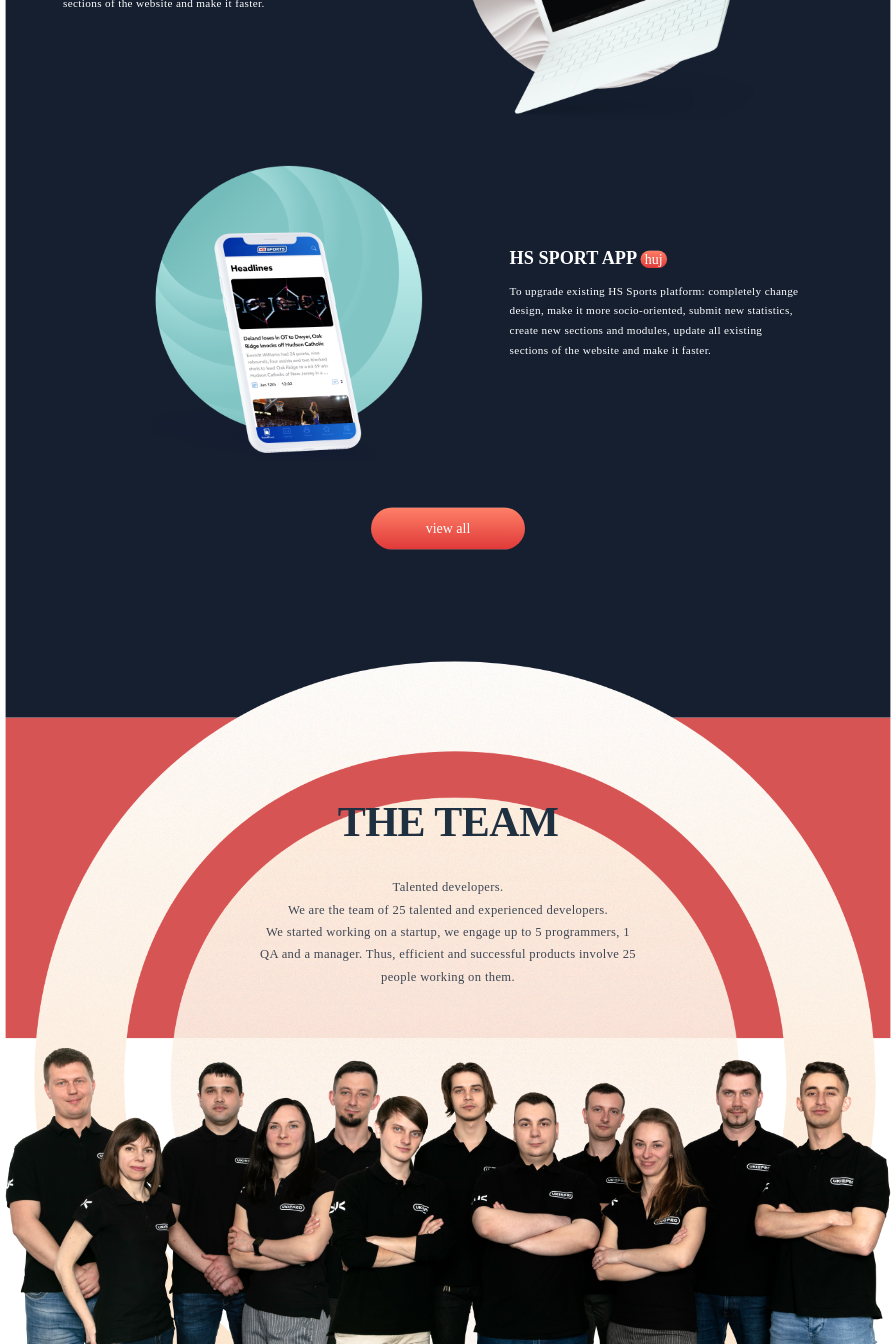
Repository: batonAnton/Ukiepro_girl
Page: MainPage.html
These files come from the project's save history. The page is drawn as it stood at one moment and after the next save; the edit follows.
The browser window is 1280 px wide. The pictures show the part of the page from y = 4580 to 6500 px (the page is 6580 px tall before and 6588 px after), at 70% of full size.

Above is the page before, as saved 2020-03-30 16:54:14.

### MainPage.html
<!DOCTYPE html>
<html lang="en">
  <head>
    <meta charset="UTF-8" />
    <meta name="viewport" content="width=device-width, initial-scale=1.0" />
    <title>Main Page</title>
    <link rel="stylesheet" href="./Css/style.css" />
  </head>
  <body>
    <div>
      <div class="block1">
        <nav>
          <a href="">services</a>
          <a href="">about</a>
          <a href="">portfolio</a>
          <a href="">contact</a>
        </nav>
        <div class="big_logo">
          <img src="./img/Combined_Shape.png" alt="" />

          <div class="btn_block1">
            <p>
              Automating your <br />
              business is up to
            </p>

            <button>Contact us</button>
          </div>
        </div>
        <div class="girl">
          <img src="./img/girl.png" alt="" />
        </div>
      </div>

      <div class="container block2">
        <div class="block2_info">
          <div class="block2_img">
            <img src="/img/block2_logo.png" alt="" />
          </div>

          <div class="weare">
            <h1 class="h1_general">we are</h1>
            <p>
              Business is not about success but about efficiency! <br />
              We are engaged in the implementation of automated <br />
              solutions for commercially-oriented projects. We <br />
              redesign in order to save your time and money.
            </p>
            <button>More about us</button>
          </div>
        </div>

        <div class="container  three_img_info">
          <div class="same_img_info">
            <h1>designers</h1>
            <img src="./img/designer.png" alt="" />
            <p>create</p>
          </div>

          <div class="same_img_info">
            <h1>developers</h1>
            <img src="./img/developers.png" alt="" />
            <p>programme</p>
          </div>

          <div class="same_img_info">
            <h1>qa testers</h1>
            <img src="./img/qa.png" alt="" />
            <p>quality</p>
          </div>
        </div>

        <div class=" container block2_info2">
          <div class="wemake">
            <h1 class="h1_general">we make</h1>

            <p>
              New tools for organizing new approaches and principles of <br />
              work. <br />
              We create custom websites and mobile applications from <br />
              scratch. We take a new look at ready-made websites and <br />
              mobile applications. <br />
              Basically, these are business tools that organize people's <br />
              work, and help to collect and analyze information.
            </p>

            <button>Our services</button>
          </div>

          <div class="block2_img_rombo">
            <img src="/img/rombo.png" alt="" />
          </div>
        </div>

        <div class="container block2_info2 lastblock">
          <!-- <div> -->
          <h1 class="h1_general" style="margin-left: 10%;">
            technology partner for
          </h1>
          <!-- </div> -->

          <div class="same_img_info">
            <h1>co-founder</h1>
            <img src="./img/co-founder.png" alt="" />
          </div>

          <div class="same_img_info">
            <h1>
              small & medium <br />
              businesses
            </h1>
            <img src="./img/business.png" alt="" />
          </div>

          <div class="same_img_info">
            <h1>startups</h1>
            <img src="./img/startup.png" alt="" />
          </div>
        </div>
      </div>

      <!-- block3 -->

      <div class=" block3">
        <h1 class="h1_general">our projects</h1>
        <div class="container block3_same_block">
          <img src="./img/block3_1.png" alt="" />
          <div class="block3_info">
            <h1>hs sports v2.0<button class="row_btn">huj</button></h1>
            <p>
              To upgrade existing HS Sports platform: completely change <br />
              design, make it more socio-oriented, submit new statistics, <br />
              create new sections and modules, update all existing <br />
              sections of the website and make it faster.
            </p>
          </div>
        </div>

        <div class="container block3_same_block">
          <img src="./img/block3_2.png" alt="" />
          <div class="block3_info_2">
            <h1>hss recruiter<button class="row_btn">huj</button></h1>
            <p>
              To upgrade existing HS Sports platform: completely change <br />
              design, make it more socio-oriented, submit new statistics, <br />
              create new sections and modules, update all existing <br />
              sections of the website and make it faster.
            </p>
          </div>
        </div>

        <div class="container block3_same_block">
          <img src="./img/block3_3.png" alt="" />
          <div class="block3_info">
            <h1>hs sport app <button class="row_btn">huj</button></h1>
            <p>
              To upgrade existing HS Sports platform: completely change <br />
              design, make it more socio-oriented, submit new statistics, <br />
              create new sections and modules, update all existing <br />
              sections of the website and make it faster.
            </p>
          </div>
        </div>
        <button>view all</button>
      </div>

      <!-- block4 -->

      <div class="block4">
        <img src="./img/block4_people.png" alt="" />
        <div class="block4_info">
          <h1>THE TEAM</h1>
          <p>
            Talented developers. <br>
            We are the team of 25 talented and experienced developers. <br>
             We started working on a startup, we engage up to 5 programmers, 1 <br>
            QA and a manager. Thus, efficient and successful products involve 25 <br>
            people working on them.
          </p>
        </div>
      </div>
    </div>
  </body>
</html>

### Css/style.css
* {
  max-width: 100%;
}
button {
  width: 220px;
  height: 60px;
  border: none;
  border-radius: 33px;
  background-image: linear-gradient(180deg, #ff8067 0%, #df3939 100%);
  color: #ffffff;
  font-family: "Museo -700";
  font-size: 20px;
}
.container {
  max-width: 100%;
  width: 1100px;
  margin-left: auto;
  margin-right: auto;
}
.block1 {
  width: 100%;
  /* height: 920px; */
  position: relative;
  box-shadow: -8px 1px 116px rgba(0, 0, 0, 0.21);
  background-image: radial-gradient(
    circle 1673px at 29.24% 114.02%,
    #22466c 0%,
    #0e1f39 100%
  );
  /* opacity: -1; */
  z-index: 2;
}

.block1 nav {
  max-width: 100%;
  width: 1050px;
  margin-left: auto;
  margin-right: auto;
  margin-top: 0;
  padding-top: 40px;

  height: 19px;
  text-align: right;
  color: #ffffff;
  font-family: "Museo 500- Regular";
  font-size: 16px;
  font-weight: 400;
  letter-spacing: 0.89px;
}
.block1 nav a {
  width: 446px;
  height: 19px;
  color: #ffffff;
  font-family: "Museo 500- Regular";
  font-size: 16px;
  font-weight: 400;
  letter-spacing: 0.84px;
  /* Text style for "Services" */
  letter-spacing: 0.89px;
  text-transform: capitalize;
}

.block1 nav a + a {
  margin-left: 30px;
}
.big_logo {
  margin: 0 auto;
  padding-bottom: 100px;
  max-width: 100%;
  width: 1200px;
  text-align: center;
}
.block1 img {
  max-width: 100%;
  width: 1226px;
  height: 309px;
  margin: 0 auto;
  padding-top: 75px;
  margin-left: auto;
  margin-right: auto;
}

p {
  margin-block-start: 0em;
  margin-block-end: 0em;
}

.block1 p {
  width: 350px;
  height: 103px;
  opacity: 0.8;
  color: #ffffff;
  font-family: "Exo 2.0- Bold";
  font-size: 30px;
  font-weight: 700;
  letter-spacing: -0.03px;
  line-height: 40px;
}
.block1 button {
  width: 220px;
  height: 60px;
  border: none;
  border-radius: 33px;
  background-image: linear-gradient(180deg, #ff8067 0%, #df3939 100%);
  color: #ffffff;
  font-family: "Museo -700";
  font-size: 20px;
}
.btn_block1 {
  text-align: left;
  margin-left: 50px;
  margin-top: 80px;
}
.block1 button {
  margin-top: 50px;
}

.block1 .girl img {
  width: 729px;
  height: 957px;
  position: absolute;
  top: 25%;
  left: 35%;
}

.block2 {
  width: 1922px;
  /* height: 2851px; */
  padding-bottom: 300px;
  background-image: radial-gradient(
    circle 1288px at 65.32% 35.97%,
    #ff7260 0%,
    #d74f4f 100%
  );
  z-index: 0;
}
.block2_info {
  /* height: 895px; */
  width: 1200px;
  padding-bottom: 810px;
  margin-left: auto;
  margin-right: auto;
}

/* .block2_img {
  width: 1306px;
  height: 895px;
  left: -25%;
  top: 85%;
  position: absolute;
} */

.block2_img img {
  height: 895px;
  left: -45%;
  top: 120%;
  position: absolute;
}

.weare {
  float: right;
  margin: 10% 10%;
}

.weare h1 {
  height: 70px;
  color: #242f3a;
  font-family: "Exo 2.0- Bold";
  font-size: 60px;
  font-weight: 700;
  letter-spacing: 0.52px;
  text-transform: uppercase;
}

.weare p {
  height: 219px;
  /* opacity: 0.9; */
  color: #ffffff;
  font-family: "Museo 500- Regular";
  font-size: 18px;
  font-weight: 400;
  letter-spacing: 0.48px;
  line-height: 32px;
  /* Text style for "Business i" */
  font-family: "Museo -700";
}

.block2_info button {
  width: 220px;
  height: 60px;
  border-radius: 33px;
  border: 3px solid #ffffff;
}

.three_img_info {
  display: flex;
  flex-direction: row;
  padding-bottom: 100px;
}

.three_img_info h1 {
  height: 38px;
  color: #242f3a;
  font-family: "Exo 2.0- Bold";
  font-size: 32px;
  font-weight: 700;
  letter-spacing: 0.28px;
  text-transform: uppercase;
}

.same_img_info {
  width: 50%;
  text-align: center;
}

.same_img_info img {
  height: 230px;
  margin-top: 60px;
}

.same_img_info p {
  width: 50px;
  margin-top: -60%;
  transform: rotate(90deg);
  color: #ff9291;
  font-family: "Exo 2.0- Bold";
  font-size: 42px;
  font-weight: 700;
  letter-spacing: 0.37px;
  text-transform: uppercase;
}

.block2_info2 {
  display: flex;
  flex-direction: row;
  height: 895px;
  width: 1200px;
  margin-left: auto;
  margin-right: auto;
}

.wemake {
  margin: 20% 0% 0% 10%;
  width: 510px;
}
.h1_general {
  height: 70px;
  color: #242f3a;
  font-family: "Exo 2.0- Bold";
  font-size: 60px;
  font-weight: 700;
  letter-spacing: 0.52px;
  text-transform: uppercase;
}

.wemake p {
  height: 256px;
  /* opacity: 0.9; */
  color: #ffffff;
  font-family: "Museo 500- Regular";
  font-size: 14px;
  font-weight: 400;
  letter-spacing: 0.48px;
  line-height: 32px;
  /* Text style for "Business i" */
  font-family: "Museo -700";
}

.block2_info2 button {
  width: 220px;
  height: 60px;
  border-radius: 33px;
  border: 3px solid #ffffff;
}

/* rombo property */

.block2_img_rombo {
  width: 976px;
  /* height: 1479px; */
  /* left: 57%;
  top: 205%; */
  position: relative;
  overflow: hidden;
}

.block2_img_rombo img {
  margin: -12% 0% 0% 30%;
}

.same_img_info h1 {
  height: 68px;
  color: #242f3a;
  font-family: "Exo 2.0- Bold";
  font-size: 32px;
  font-weight: 700;
  letter-spacing: 0.28px;
  text-transform: uppercase;
}

.lastblock {
  flex-wrap: wrap;
  height: 400px;
}

.lastblock .same_img_info {
  flex: 1 1 30%;
  text-align: center;
}

/* block3 */
.block3 {
  width: 100%;
  /* height: 1982px; */
  background-color: #151f30;
  display: inline-block;
  text-align: center;
  padding-bottom: 240px;
  z-index: 2;
}

.block3 .h1_general {
  /* width: 424px; */
  height: 70px;
  margin-top: 140px;
  color: #f06868;
  font-family: "Exo 2.0- Bold";
  font-size: 60px;
  font-weight: 700;
  letter-spacing: -0.68px;
  text-transform: uppercase;
}

.block3_same_block {
  width: 1100px;
  display: block;
  margin-bottom: 60px;
}

.block3_info {
  float: right;
  margin-top: 100px;
  text-align: left;
}
.block3_info_2 {
  float: left;
  margin-top: 100px;
  text-align: left;
}

.block3 h1 {
  /* width: 285px; */
  height: 30px;
  color: #ffffff;
  font-family: "Exo 2.0- Bold";
  font-size: 26px;
  font-weight: 700;
  text-transform: uppercase;
}
.block3 p {
  width: 462px;
  height: 140px;
  color: #ffffff;
  font-family: "Museo 500- Regular";
  font-size: 16px;
  font-weight: 400;
  letter-spacing: 0.5px;
  line-height: 28px;
}

.block3 .row_btn {
  width: auto;
  height: auto;
}

/* block4 */

.block4 {
  background-image: radial-gradient(
    circle 518px at 51.13% 543.37%, #f17060 0%, #d65454 100%);
  text-align: center;
  z-index: 0;
}

.block4 img {
  margin-top: -80px;
  z-index: 2;
}

.block4_info{
  z-index: 0;
  position: relative;
  margin-top: -900px;
}
.block4 h1 {
height: 70px;
color: #1f3040;
font-family: "Exo 2.0- Bold";
font-size: 60px;
font-weight: 700;
letter-spacing: -0.68px;
text-transform: uppercase;
}

.block4 p{
height: 232px;
opacity: 0.85;
color: #1c2b3d;
font-family: "Museo 500- Regular";
font-size: 18px;
font-weight: 400;
letter-spacing: 0.5px;
line-height: 32px;
}

After the next save:
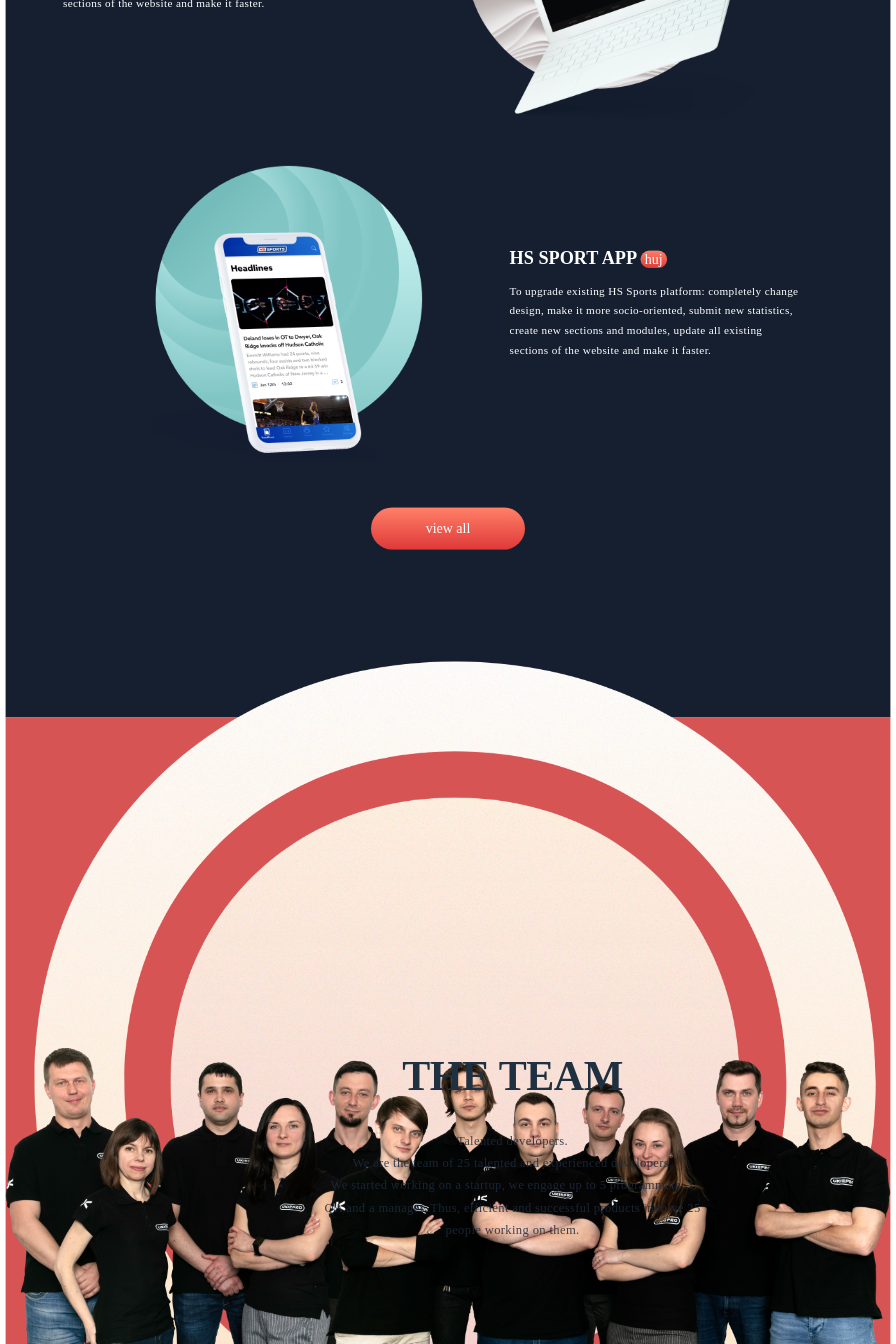
Saved 5 min 19 s later.
--- a/Css/style.css
+++ b/Css/style.css
@@ -380,6 +380,7 @@
     circle 518px at 51.13% 543.37%, #f17060 0%, #d65454 100%);
   text-align: center;
   z-index: 0;
+  position: relative;
 }
 
 .block4 img {
@@ -388,9 +389,12 @@
 }
 
 .block4_info{
+  position:absolute;
   z-index: 0;
-  position: relative;
-  margin-top: -900px;
+  left: 40%;
+  margin-left: -50px;
+  top: 50%;
+  margin-top: -50px;
 }
 .block4 h1 {
 height: 70px;
